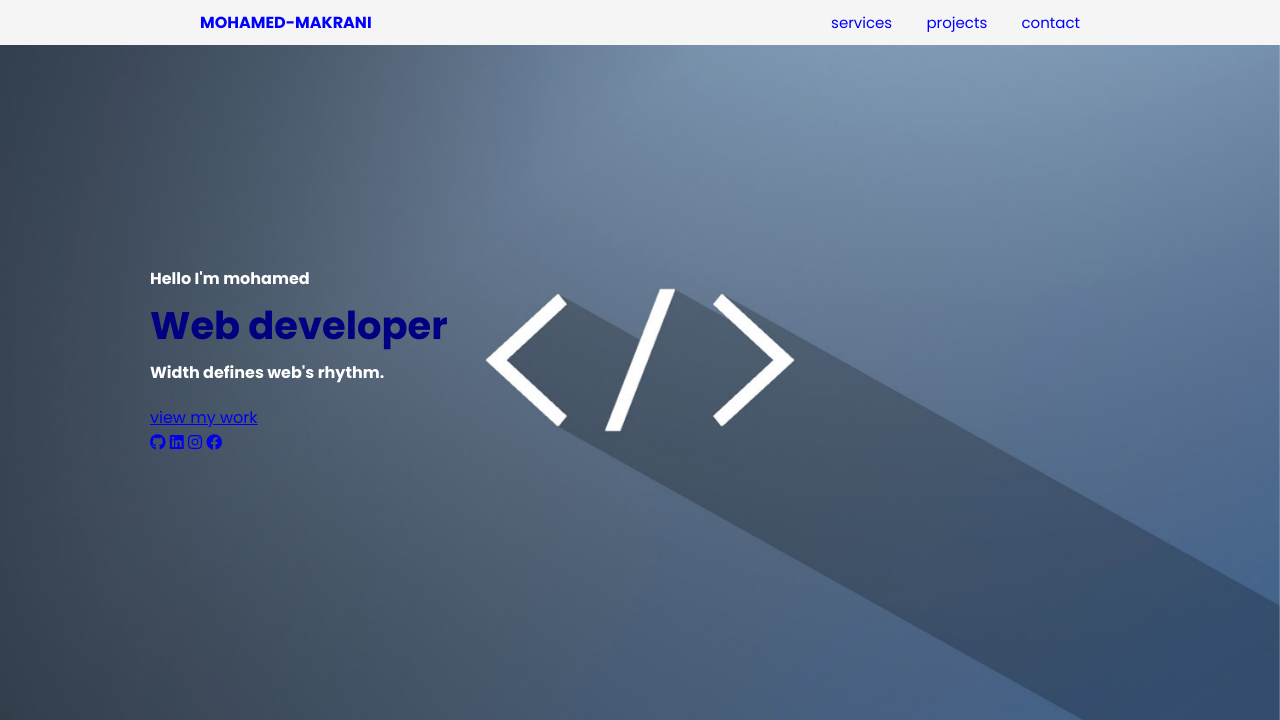
Repository: mohamed-makrani/Portfolio
Page: indixe.html
These files come from the project's save history. The page is drawn as it stood at one moment and after the next save; the edit follows.
The browser window is 1280 px wide. The pictures show the whole page.

Above is the page before, as saved 2023-09-16 14:37:40.

After the next save:
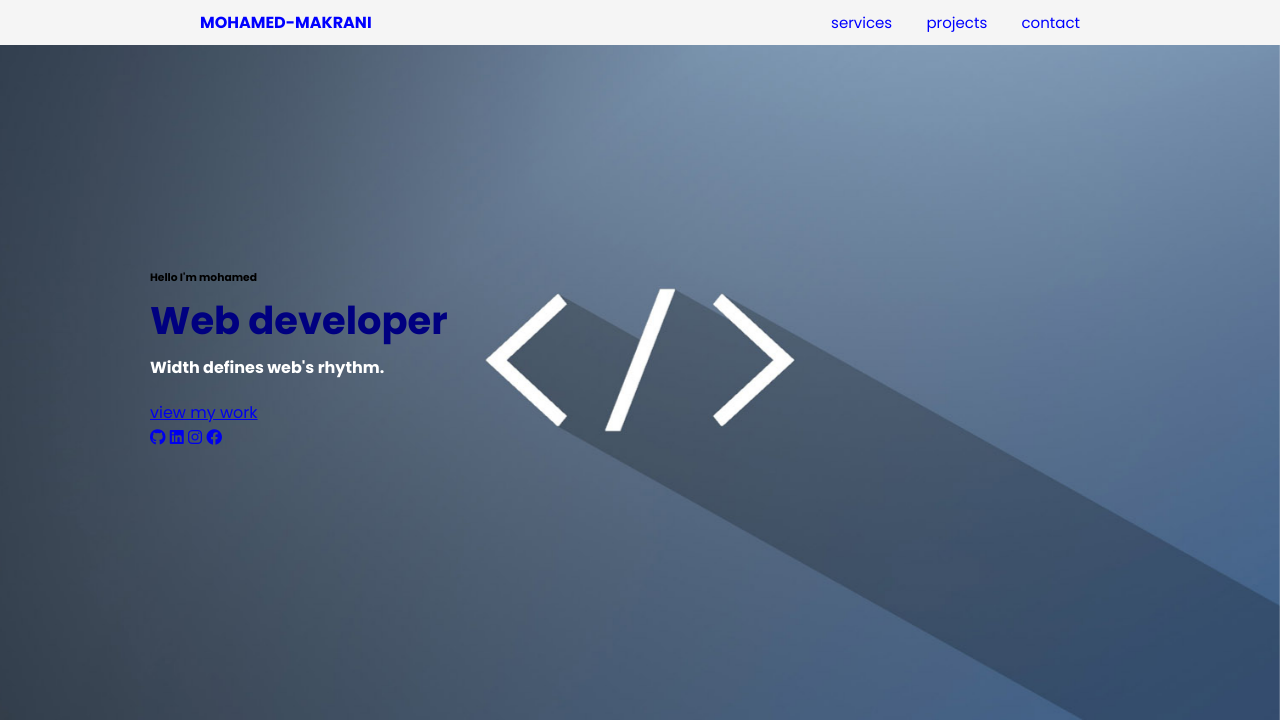
Saved 55 s later.
--- a/indixe.html
+++ b/indixe.html
@@ -19,7 +19,7 @@
     </header>
     <section class="main">
         <div>
-            <h5>Hello I'm mohamed </h5>
+            <h6>Hello I'm mohamed </h6>
             <h1>Web developer</h1>
             <h4>Width defines web's rhythm.</h4>
         <a href="#" class="main-button">view my work</a>

After the save that followed:
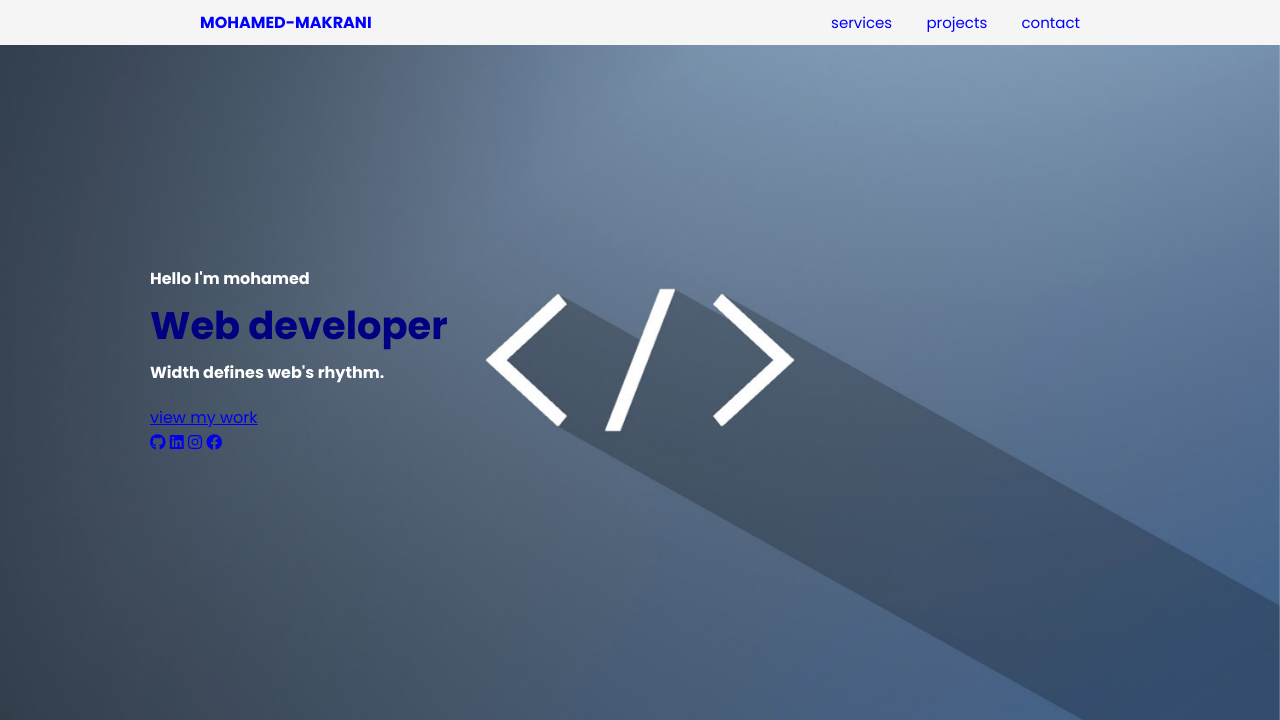
Saved 4 s later.
--- a/style.css
+++ b/style.css
@@ -57,7 +57,7 @@ color: blueviolet;
    background-attachment: fixed;
 
  }
- .main h5 {
+ .main h6 {
 
    color: white;
    font-weight:500px ;
